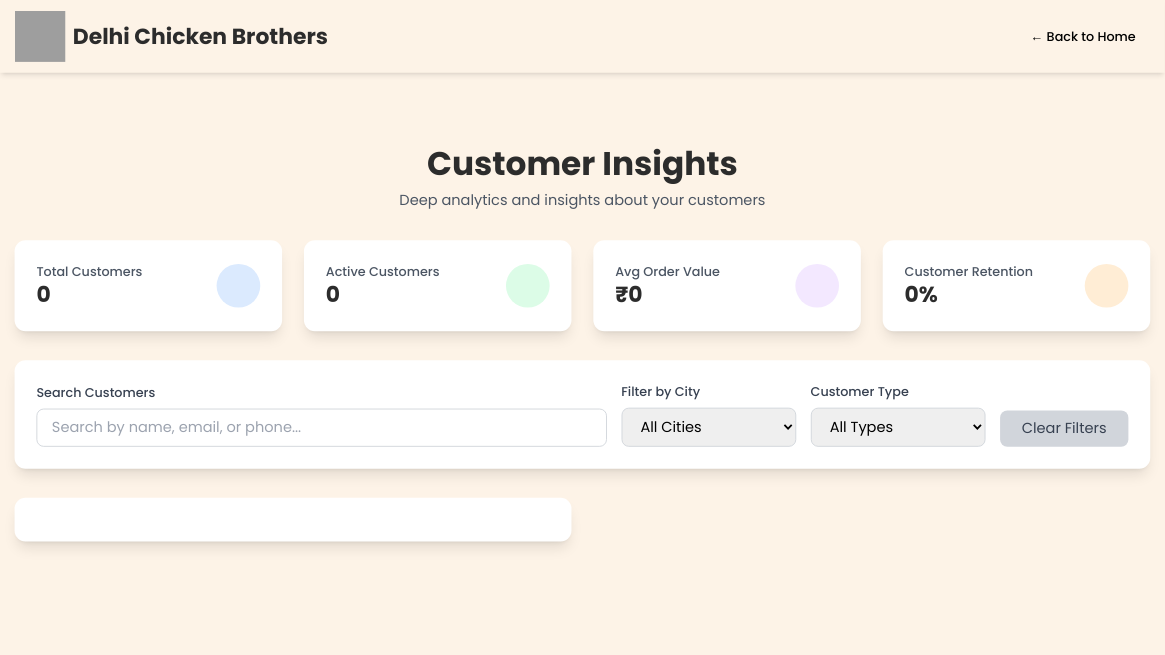
Repository: roydigital/dcb_pos_final
Page: customers.html
An editor plug-in stored every save of this project. The page is shown before and after a run of saves, followed by the edit.
The browser window is 1280 px wide. The pictures show the whole page, at 91% of full size.
Pictures or frames that could not be fetched are drawn as grey boxes. Some web libraries are served in a nearby version.

Above is the page before, as saved 2025-10-13 16:50:04.

### customers.html
<!DOCTYPE html>
<html lang="en">
<head>
    <meta charset="UTF-8">
    <meta name="viewport" content="width=device-width, initial-scale=1.0">
    <title>Customer Insights - Delhi Chicken Brothers</title>
    <script src="https://cdn.tailwindcss.com"></script>
    <link rel="preconnect" href="https://fonts.googleapis.com">
    <link rel="preconnect" href="https://fonts.gstatic.com" crossorigin>
    <link href="https://fonts.googleapis.com/css2?family=Poppins:wght@400;500;600;700&family=Roboto:wght@400;500;700&display=swap" rel="stylesheet">
    <script src="https://unpkg.com/lucide@latest"></script>
    <script src="https://cdn.jsdelivr.net/npm/chart.js"></script>
    <style>
        body {
            font-family: 'Poppins', 'Roboto', sans-serif;
            background-color: #FDF3E7;
        }
        :root {
            --brand-red: #D12727;
            --brand-dark: #2C2C2C;
            --brand-cream: #FDF3E7;
            --brand-light-cream: #FFFBF5;
        }
        .bg-brand-red { background-color: var(--brand-red); }
        .text-brand-red { color: var(--brand-red); }
        .border-brand-red { border-color: var(--brand-red); }
        .bg-brand-dark { background-color: var(--brand-dark); }
        .text-brand-dark { color: var(--brand-dark); }
        .bg-brand-cream { background-color: var(--brand-cream); }
        .text-brand-cream { color: var(--brand-cream); }
        .bg-brand-light-cream { background-color: var(--brand-light-cream); }

        /* Custom scrollbar */
        ::-webkit-scrollbar {
            width: 8px;
        }
        ::-webkit-scrollbar-track {
            background: var(--brand-cream);
        }
        ::-webkit-scrollbar-thumb {
            background: var(--brand-red);
            border-radius: 10px;
        }
        ::-webkit-scrollbar-thumb:hover {
            background: #a81f1f;
        }

        .customer-card {
            transition: all 0.3s ease;
        }
        .customer-card:hover {
            transform: translateY(-2px);
            box-shadow: 0 10px 25px -5px rgba(0, 0, 0, 0.1);
        }

        .fade-in {
            animation: fadeIn 0.5s ease-in;
        }

        @keyframes fadeIn {
            from { opacity: 0; transform: translateY(10px); }
            to { opacity: 1; transform: translateY(0); }
        }

        .loading {
            opacity: 0.6;
            pointer-events: none;
        }

        /* Badge styles */
        .badge-new { background-color: #10B981; color: white; }
        .badge-returning { background-color: #3B82F6; color: white; }
        .badge-frequent { background-color: #8B5CF6; color: white; }
        .badge-high-value { background-color: #F59E0B; color: white; }
        .badge-inactive { background-color: #6B7280; color: white; }

        /* Drawer animations */
        .drawer-enter {
            transform: translateX(100%);
        }
        .drawer-enter-active {
            transform: translateX(0);
            transition: transform 0.3s ease-out;
        }
        .drawer-exit {
            transform: translateX(0);
        }
        .drawer-exit-active {
            transform: translateX(100%);
            transition: transform 0.3s ease-in;
        }
    </style>
</head>
<body class="min-h-screen flex flex-col">
    <!-- Header -->
    <header class="bg-brand-cream sticky top-0 z-40 shadow-md" style="background-color: #FDF3E7 !important;">
        <div class="container mx-auto px-4 py-3 flex justify-between items-center">
            <a href="index.html" class="flex items-center gap-2">
                <img src="https://dcbchicken.com/images/logo.png" alt="Delhi Chicken Brothers Logo" class="h-12 w-12 md:h-14 md:w-14">
                <span class="text-xl md:text-2xl font-bold text-brand-dark hidden sm:block">Delhi Chicken Brothers</span>
            </a>
            <div class="flex items-center gap-4">
                <a href="index.html" class="text-sm font-medium hover:text-brand-red transition-colors">← Back to Home</a>
                <div id="auth-container"></div>
            </div>
        </div>
    </header>

    <!-- Main Content -->
    <main class="container mx-auto px-4 pt-20 pb-8 flex-grow">
        <!-- Page Header -->
        <div class="text-center mb-8">
            <h1 class="text-3xl md:text-4xl font-bold text-brand-dark mb-2">Customer Insights</h1>
            <p class="text-gray-600">Deep analytics and insights about your customers</p>
        </div>

        <!-- Quick Stats Cards -->
        <div class="grid grid-cols-1 md:grid-cols-2 lg:grid-cols-4 gap-6 mb-8">
            <div class="bg-white rounded-xl shadow-lg p-6 customer-card">
                <div class="flex items-center justify-between">
                    <div>
                        <p class="text-sm font-medium text-gray-600">Total Customers</p>
                        <p id="total-customers" class="text-2xl font-bold text-brand-dark">0</p>
                    </div>
                    <div class="w-12 h-12 bg-blue-100 rounded-full flex items-center justify-center">
                        <i data-lucide="users" class="h-6 w-6 text-blue-600"></i>
                    </div>
                </div>
            </div>

            <div class="bg-white rounded-xl shadow-lg p-6 customer-card">
                <div class="flex items-center justify-between">
                    <div>
                        <p class="text-sm font-medium text-gray-600">Active Customers</p>
                        <p id="active-customers" class="text-2xl font-bold text-brand-dark">0</p>
                    </div>
                    <div class="w-12 h-12 bg-green-100 rounded-full flex items-center justify-center">
                        <i data-lucide="user-check" class="h-6 w-6 text-green-600"></i>
                    </div>
                </div>
            </div>

            <div class="bg-white rounded-xl shadow-lg p-6 customer-card">
                <div class="flex items-center justify-between">
                    <div>
                        <p class="text-sm font-medium text-gray-600">Avg Order Value</p>
                        <p id="avg-order-value" class="text-2xl font-bold text-brand-dark">₹0</p>
                    </div>
                    <div class="w-12 h-12 bg-purple-100 rounded-full flex items-center justify-center">
                        <i data-lucide="trending-up" class="h-6 w-6 text-purple-600"></i>
                    </div>
                </div>
            </div>

            <div class="bg-white rounded-xl shadow-lg p-6 customer-card">
                <div class="flex items-center justify-between">
                    <div>
                        <p class="text-sm font-medium text-gray-600">Customer Retention</p>
                        <p id="retention-rate" class="text-2xl font-bold text-brand-dark">0%</p>
                    </div>
                    <div class="w-12 h-12 bg-orange-100 rounded-full flex items-center justify-center">
                        <i data-lucide="repeat" class="h-6 w-6 text-orange-600"></i>
                    </div>
                </div>
            </div>
        </div>

        <!-- Filters and Search -->
        <div class="bg-white rounded-xl shadow-lg p-6 mb-8 customer-card">
            <div class="flex flex-wrap gap-4 items-end">
                <div class="flex-1 min-w-[300px]">
                    <label class="block text-sm font-medium text-gray-700 mb-2">Search Customers</label>
                    <input type="text" id="search-input" placeholder="Search by name, email, or phone..."
                        class="w-full px-4 py-2 border border-gray-300 rounded-lg focus:outline-none focus:ring-2 focus:ring-brand-red focus:border-brand-red">
                </div>

                <div>
                    <label class="block text-sm font-medium text-gray-700 mb-2">Filter by City</label>
                    <select id="city-filter" class="w-48 px-4 py-2 border border-gray-300 rounded-lg focus:outline-none focus:ring-2 focus:ring-brand-red focus:border-brand-red">
                        <option value="">All Cities</option>
                    </select>
                </div>

                <div>
                    <label class="block text-sm font-medium text-gray-700 mb-2">Customer Type</label>
                    <select id="type-filter" class="w-48 px-4 py-2 border border-gray-300 rounded-lg focus:outline-none focus:ring-2 focus:ring-brand-red focus:border-brand-red">
                        <option value="">All Types</option>
                        <option value="new">New Customers</option>
                        <option value="returning">Returning Customers</option>
                        <option value="frequent">Frequent Customers</option>
                        <option value="high-value">High-Value Customers</option>
                        <option value="inactive">Inactive Customers</option>
                    </select>
                </div>

                <button id="clear-filters" class="bg-gray-300 text-gray-700 px-6 py-2 rounded-lg hover:bg-gray-400 transition-colors">
                    Clear Filters
                </button>
            </div>
        </div>

        <!-- Analytics Charts Section -->
        <div class="grid grid-cols-1 lg:grid-cols-2 gap-6 mb-8">
            <!-- Top Customers Chart -->
            <div class="bg-white rounded-xl shadow-lg p-6 customer-card">

After the next 7 saves:
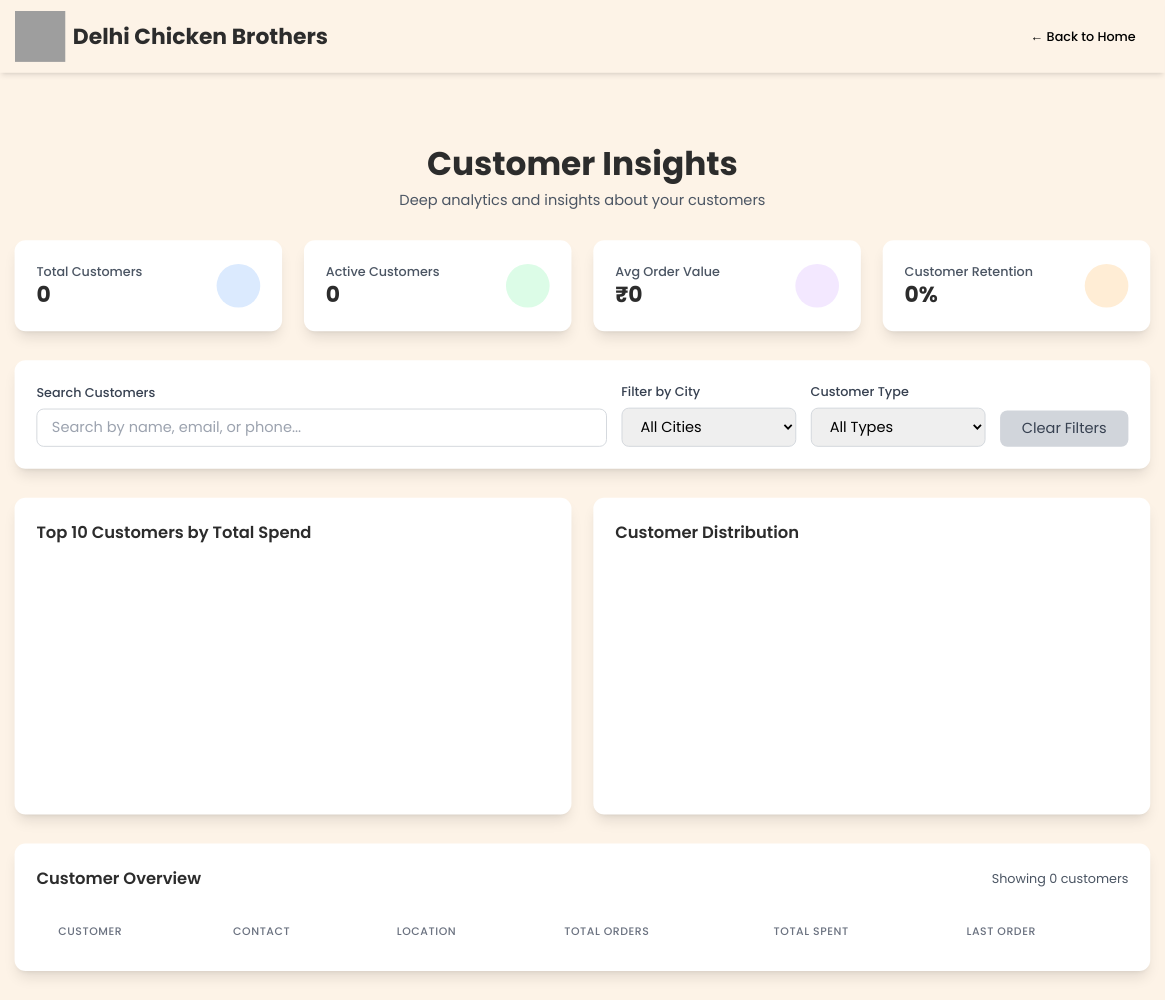
The 7 saves are shown as one change because they came seconds apart.
The last was saved 16 s later.
--- a/customers.html
+++ b/customers.html
@@ -203,3 +203,35 @@
         <div class="grid grid-cols-1 lg:grid-cols-2 gap-6 mb-8">
             <!-- Top Customers Chart -->
             <div class="bg-white rounded-xl shadow-lg p-6 customer-card">
+                <h3 class="text-lg font-semibold text-brand-dark mb-4">Top 10 Customers by Total Spend</h3>
+                <div class="h-64">
+                    <canvas id="top-customers-chart"></canvas>
+                </div>
+            </div>
+
+            <!-- Customer Distribution Chart -->
+            <div class="bg-white rounded-xl shadow-lg p-6 customer-card">
+                <h3 class="text-lg font-semibold text-brand-dark mb-4">Customer Distribution</h3>
+                <div class="h-64">
+                    <canvas id="customer-distribution-chart"></canvas>
+                </div>
+            </div>
+        </div>
+
+        <!-- Customer Overview Table -->
+        <div class="bg-white rounded-xl shadow-lg p-6 customer-card">
+            <div class="flex justify-between items-center mb-6">
+                <h3 class="text-lg font-semibold text-brand-dark">Customer Overview</h3>
+                <div class="text-sm text-gray-600" id="customer-count">Showing 0 customers</div>
+            </div>
+
+            <div class="overflow-x-auto">
+                <table class="min-w-full divide-y divide-gray-200">
+                    <thead>
+                        <tr>
+                            <th class="px-6 py-3 text-left text-xs font-medium text-gray-500 uppercase tracking-wider">Customer</th>
+                            <th class="px-6 py-3 text-left text-xs font-medium text-gray-500 uppercase tracking-wider">Contact</th>
+                            <th class="px-6 py-3 text-left text-xs font-medium text-gray-500 uppercase tracking-wider">Location</th>
+                            <th class="px-6 py-3 text-left text-xs font-medium text-gray-500 uppercase tracking-wider">Total Orders</th>
+                            <th class="px-6 py-3 text-left text-xs font-medium text-gray-500 uppercase tracking-wider">Total Spent</th>
+                            <th class="px-6 py-3 text-left text-xs font-medium text-gray-500 uppercase tracking-wider">Last Order</th>
